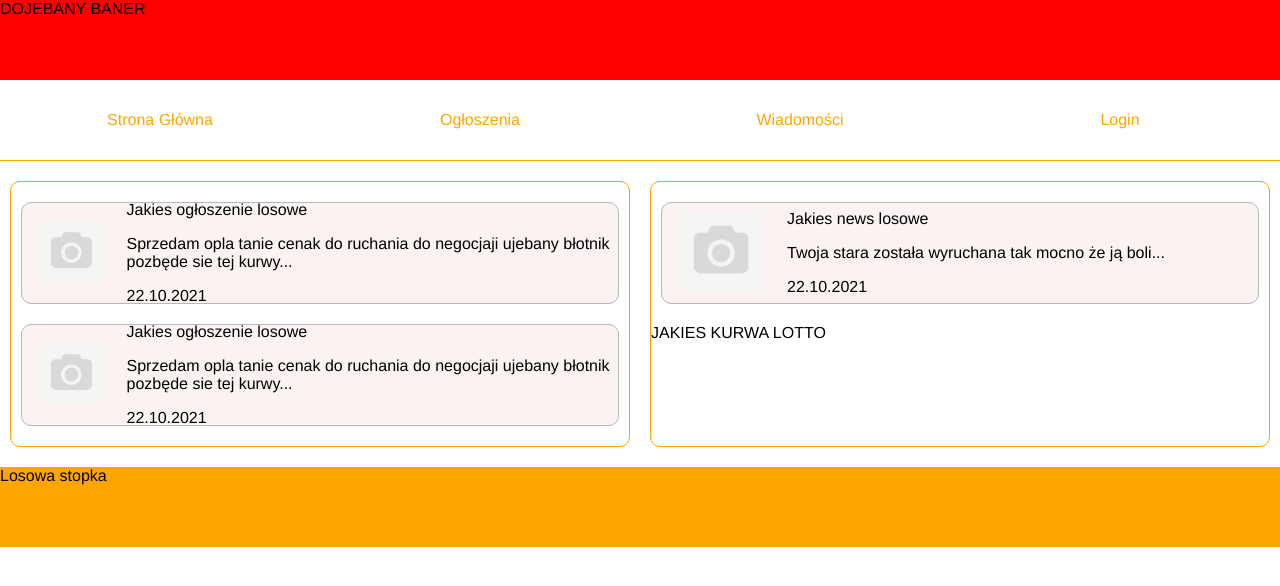
Repository: PatrykStawik/projectppz
Page: /
The author's editor kept a copy of each file at every save. The page is drawn from the files as they stood at one save, then again after the next save.
The browser window is 1280 px wide. The pictures show the whole page.
The project was rebuilt for these pictures with package versions that can differ from the ones it lists, and the page was loaded fresh each time. The framework's server and built-in components were replaced by stand-ins that run in the browser.

Above is the page before, as saved 2021-05-22 14:08:31.

After the next save:
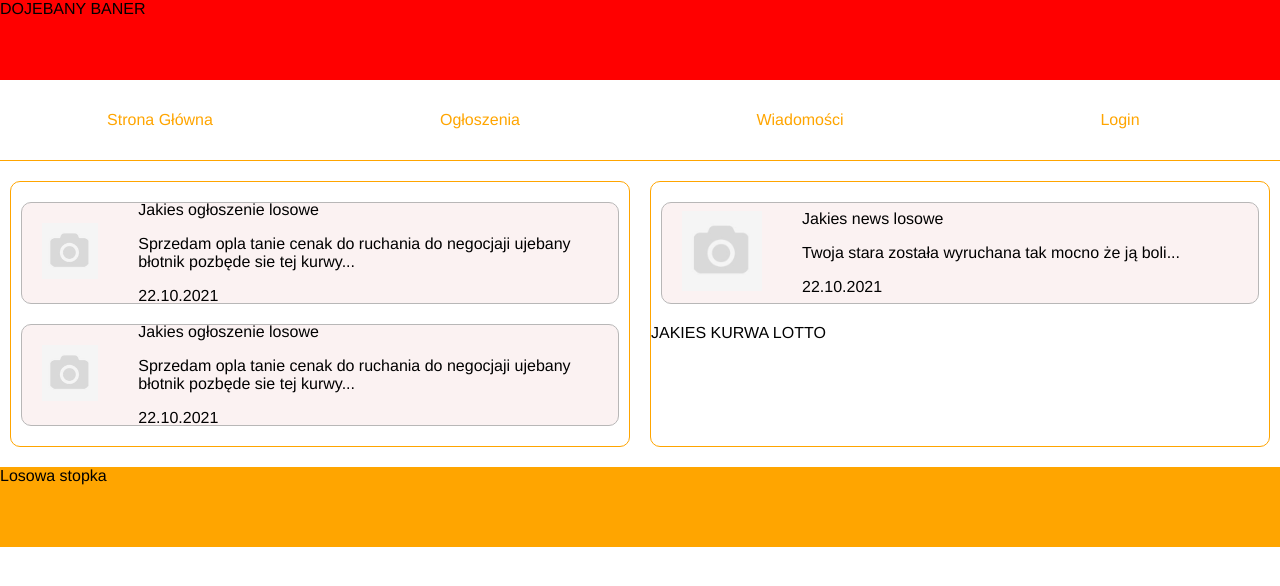
Saved 5 s later.
--- a/components/common/Bar/Bar.tsx
+++ b/components/common/Bar/Bar.tsx
@@ -23,7 +23,7 @@ const Wrapper = styled.div`
   }
   .body{
     margin-left: 20px;
-    padding: 5px;
+    padding: 20px;
   }
 `;
 
